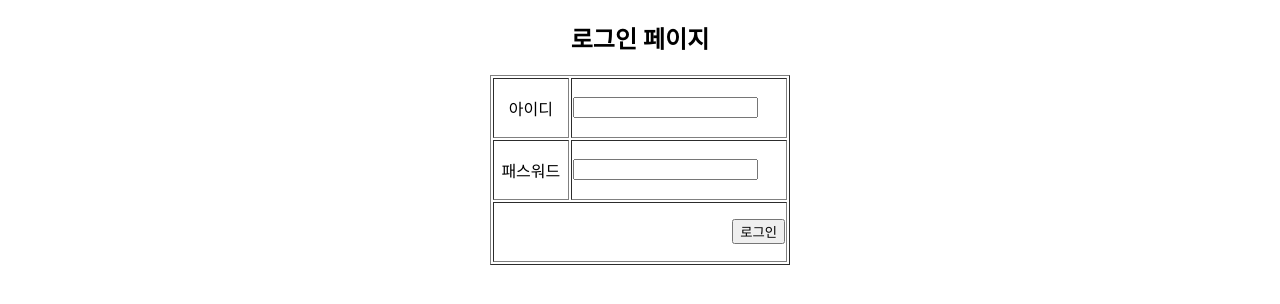
Repository: SuperHamzzi/JSPStudy
Page: http://localhost/JSP01/RequestLogin.jsp
These files come from the project's save history. The page is drawn as it stood at one moment and after the next save; the edit follows.
The browser window is 1280 px wide. The pictures show the whole page.
The page is served by Tomcat 9.

Above is the page before, as saved 2023-06-04 08:28:12.

### JSP01/WebContent/RequestLogin.jsp
<%@ page language="java" contentType="text/html; charset=EUC-KR"
    pageEncoding="EUC-KR"%>
<!DOCTYPE html>
<html>
<head>
<meta charset="EUC-KR">
<title>Insert title here</title>
</head>
<body>

	<center>
	<h2> 로그인 페이지 </h2>
	<form action="RequestLoginProc.jsp" method="get">
	<table width="300" border=1>
	<tr height="60">
		<td align="center" width="150"> 아이디</td>
		<td align="left" width="250">
			<input type="text" name="id">
		</td>
	</tr>
	<tr height="60">
		<td align="center" width="150">패스워드</td>
		<td align="left" width="250">
			<input type="password" name="pass">
		</td>
	</tr>
	<tr height="60">
		<td colspan="2" align="right">
			<input type="submit" value="로그인">
		</td>
	</tr>

	</table>

	</form>
	</center>

</body>
</html>

After the next save:
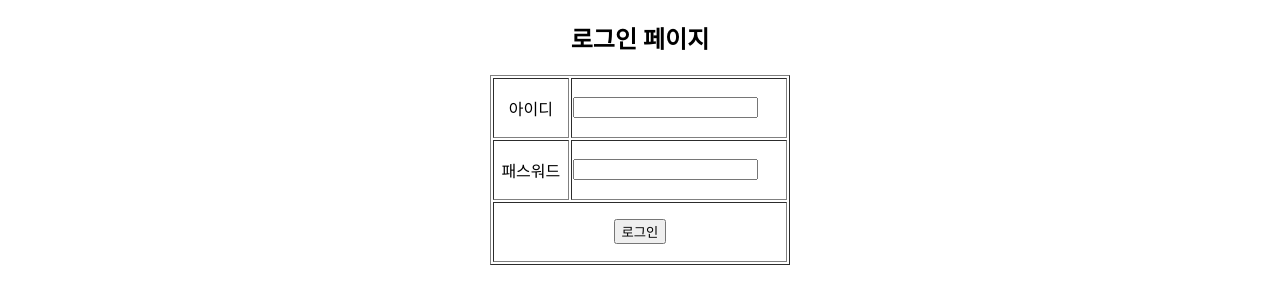
Saved 23 s later.
--- a/JSP01/WebContent/RequestLogin.jsp
+++ b/JSP01/WebContent/RequestLogin.jsp
@@ -25,7 +25,7 @@
 		</td>
 	</tr>
 	<tr height="60">
-		<td colspan="2" align="right">
+		<td colspan="2" align="center">
 			<input type="submit" value="로그인">
 		</td>
 	</tr>
